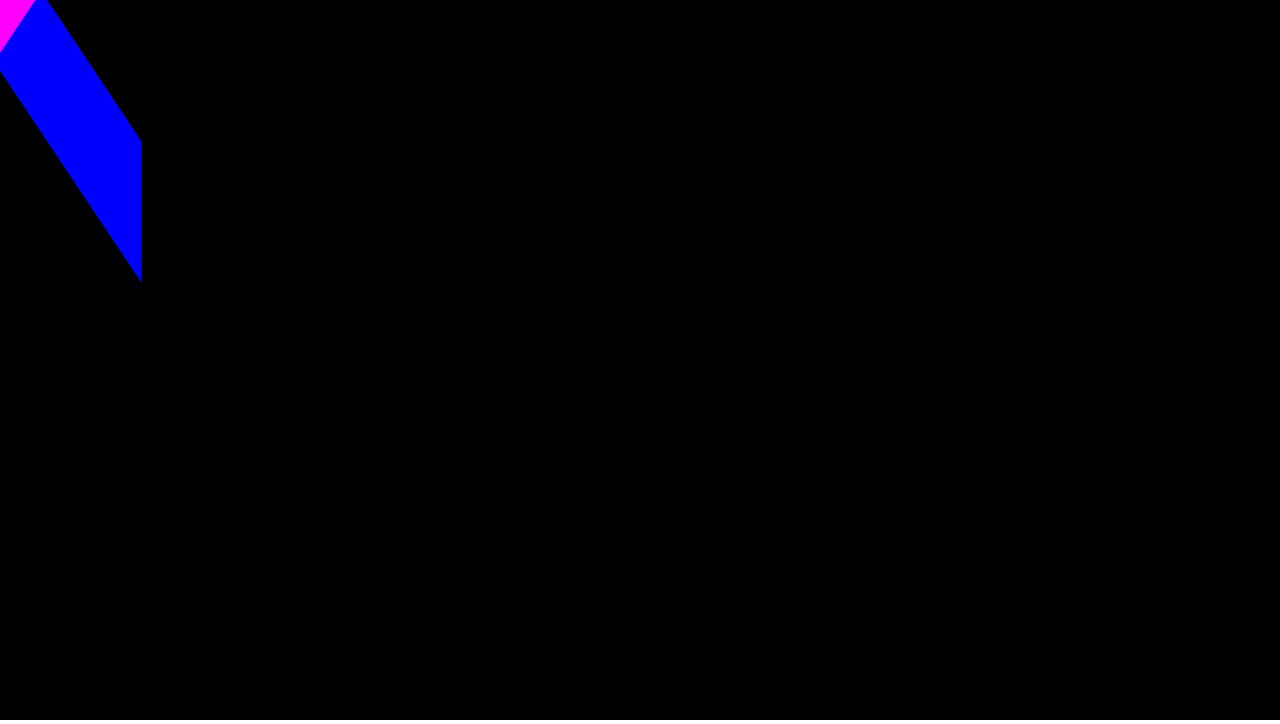
Repository: tourn171/canvasBlogAssets
Page: Chapter1/Chapter1 Ex/EX4/ex4.html
The author's editor kept a record of every edit. The page is drawn from the files as they stood at one moment, then again after the next edit.
The browser window is 1280 px wide. The pictures show the whole page.

Above is the page before.

After the next edit:
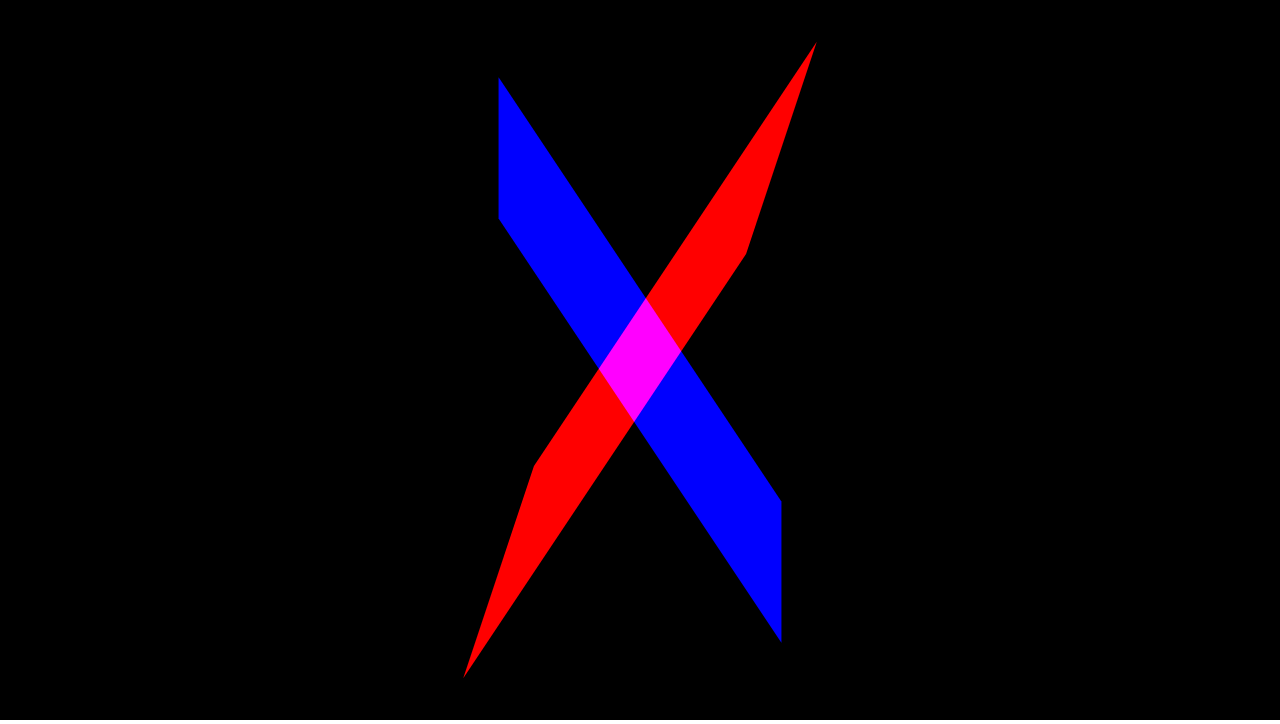
The edit:
--- a/Chapter1/Chapter1 Ex/EX4/ex4.js
+++ b/Chapter1/Chapter1 Ex/EX4/ex4.js
@@ -12,7 +12,9 @@
 
 canvas.fillStyle = "red";
 canvas.save();
+canvas.translate(W/2 , H/2);
 canvas.rotate(45 * Math.PI / 180);
+
 
 canvas.save();
 
